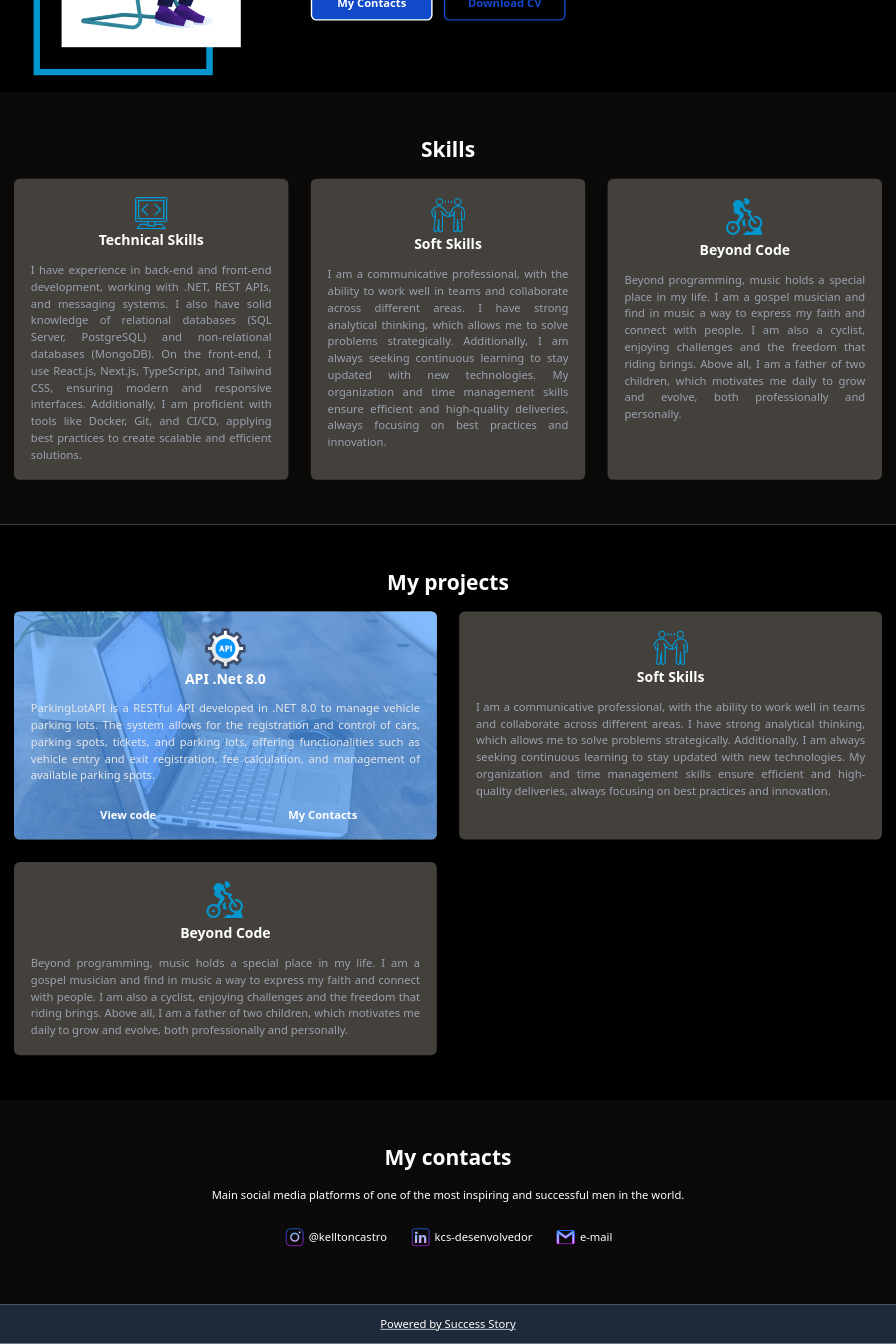
Repository: kcsdesenvolvedor/portfolio
Page: src/index.html
These files come from the project's save history. The page is drawn as it stood at one moment and after the next save; the edit follows.
The browser window is 1280 px wide. The pictures show the part of the page from y = 838 to 2758 px (the page is 2758 px tall), at 70% of full size.

Above is the page before, as saved 2025-03-04 21:59:23.
Console error: TypeError: Cannot read properties of null (reading 'textContent')

### src/index.html
<!DOCTYPE html>
<html lang="en">
<head>
    <meta charset="UTF-8">
    <meta name="viewport" content="width=device-width, initial-scale=1.0">
    <link rel="icon" href="./img/favicon.png" type="image/x-icon">
    <link href="./output.css" rel="stylesheet">
    <title>Mansour-Page</title>
    <style>
        .typing-container {
        font-family: 'Courier New', monospace;
        font-size: 24px;
        color: #333;
        white-space: nowrap;
        overflow: hidden;
        border-right: 2px solid black;
        display: inline-block;
        animation: blink-caret 0.7s step-end infinite;
        }

        #typing-text {
            height: 40px;
        }

        @keyframes blink-caret {
        from, to {
            border-color: transparent;
        }
        50% {
            border-color: black;
        }
        }


        @keyframes fadeIn {
            from {
                opacity: 0;
                transform: translateY(20px);
            }
            to {
                opacity: 1;
                transform: translateY(0);
            }
        }

        .fade-in {
            animation: fadeIn 1s ease-in-out;
        }
    </style>
</head>
<body class="bg-gray-100 font-sans">
    <header>
        <nav class="fixed top-0 z-50 w-full px-4 py-4 flex justify-between items-center bg-stone-950">
            <a class="text-3xl font-bold leading-none" href="#">
                <img class="w-16" src="./img/logo.png" alt="">
            </a>
            <div class="lg:hidden">
                <button class="navbar-burger flex items-center text-blue-600 p-3">
                    <svg class="block h-4 w-4 fill-current" viewBox="0 0 20 20" xmlns="http://www.w3.org/2000/svg">
                        <title>Mobile menu</title>
                        <path d="M0 3h20v2H0V3zm0 6h20v2H0V9zm0 6h20v2H0v-2z"></path>
                    </svg>
                </button>
            </div>
            <ul class="hidden absolute top-1/2 left-1/2 transform -translate-y-1/2 -translate-x-1/2 lg:mx-auto lg:flex lg:items-center lg:w-auto lg:space-x-20">
                <li><a class="text-sm text-blue-600/80 dark:text-sky-400/80 hover:text-white" href="#home">Home</a></li>
                <li><a class="text-sm text-blue-600/80 dark:text-sky-400/80 hover:text-white" href="#about">About Me</a></li>
                <li><a class="text-sm text-blue-600/80 dark:text-sky-400/80 hover:text-white" href="#achievements">Achievements</a></li>
                <li><a class="text-sm text-blue-600/80 dark:text-sky-400/80 hover:text-white" href="#contact">My Contacts</a></li>
            </ul>
        </nav>
        <div class="navbar-menu fixed top-0 z-50 w-full hidden">
            <div class="navbar-backdrop fixed inset-0 bg-gray-800 opacity-25"></div>
            <nav class="fixed top-0 left-0 bottom-0 flex flex-col w-5/6 max-w-sm py-6 px-6 bg-white border-r overflow-y-auto">
                <div class="flex items-center mb-8">
                    <a class="mr-auto text-3xl font-bold leading-none" href="#">
                        <img class="w-16" src="./img/logo.png" alt="">
                    </a>
                    <button class="navbar-close">
                        <svg class="h-6 w-6 text-gray-400 cursor-pointer hover:text-gray-500" xmlns="http://www.w3.org/2000/svg" fill="none" viewBox="0 0 24 24" stroke="currentColor">
                            <path stroke-linecap="round" stroke-linejoin="round" stroke-width="2" d="M6 18L18 6M6 6l12 12"></path>
                        </svg>
                    </button>
                </div>
                <div>
                    <ul>
                        <li class="mb-1">
                            <a class="navbar-itemMenu block p-4 text-sm font-semibold text-gray-400 hover:bg-blue-50 hover:text-blue-600 rounded" href="#home">Home</a>
                        </li>
                        <li class="mb-1">
                            <a class="navbar-itemMenu block p-4 text-sm font-semibold text-gray-400 hover:bg-blue-50 hover:text-blue-600 rounded" href="#about">About Me</a>
                        </li>
                        <li class="mb-1">
                            <a class="navbar-itemMenu block p-4 text-sm font-semibold text-gray-400 hover:bg-blue-50 hover:text-blue-600 rounded" href="#achievements">Achievements</a>
                        </li>
                        <li class="mb-1">
                            <a class="navbar-itemMenu block p-4 text-sm font-semibold text-gray-400 hover:bg-blue-50 hover:text-blue-600 rounded" href="#contact">My Contacts</a>
                        </li>
                        <li>
                            <div class="border-t-2">
                                <a class="navbar-itemMenu block p-4 text-sm font-semibold text-gray-400 hover:bg-blue-50 hover:text-blue-600 rounded" href="https://kcode2025.github.io/sucess-history" target="_blank">Success Story</a>
                            </div>
                        </li>
                    </ul>
                </div>
                <div class="mt-auto">

                    <a href="https://kcode2025.github.io/sucess-history" target="_blank">
                        <p class="my-4 text-xs text-center text-gray-400">
                            Powered by Success Story
                        </p>
                    </a>
                </div>
            </nav>
        </div>
    </header>


    <!-- Home Section -->
    <section id="home" class="flex flex-col-reverse lg:flex-row lg:justify-around justify-between bg-stone-950 text-white text-center pt-20 lg:pb-0 pb-5 px-10 fade-in">
        <!-- Div do texto -->
        <div class="self-center w-full flex items-center justify-center">
            <div class="flex flex-col lg:w-2/4"> <!-- Ajuste essa div para ocupar 100% da largura -->
                <p class="text-md text-left">
                    Hello!
                </p>
                <p class="text-3xl text-blue-600/80 dark:text-sky-400/80 text-left font-semibold">
                    I´m Kellton Castro
                </p>
                <p class="text-lg text-gray-400 text-left font-semibold mb-2">
                    Freelance developer & Web Designer
                </p>
                <p class="text-xs text-gray-400 text-left font-semibold mb-8">
                    Welcome to my portfolio! Here you will find some of the projects I have developed throughout my journey as a developer and freelancer.
                </p>
                <a href="#contact" class="bg-blue-600/80 dark:bg-sky-400/80 text-white font-bold w-2/4 py-3 px-6 border-2 rounded-lg shadow-lg hover:bg-black hover:text-blue-600/80 hover:dark:text-sky-400/80 hover:border-blue-600/80 hover:dark:border-sky-400/80 hover:border-2 transition delay-150 duration-300 ease-in-out">
                    My Contacts
                </a>
            </div>
        </div>

        <!-- Div da imagem -->
        <div class="flex justify-center lg:justify-end lg:w-2/4">
            <img class="min-w-2/4 object-contain" src="./img/perfil-portfolio2.png">
        </div>
    </section>

    <!-- Sobre -->
    <section id="about" class="flex flex-col lg:flex-row items-center justify-center space-y-10 lg:space-y-0 lg:space-x-20 py-16 bg-black border-r-gray-900 fade-in">
        <div class="relative flex justify-center">
            <!-- Moldura (posição de fundo) -->
            <img src="./img/moldura.png" class="w-3xs h-3xs absolute -left-5 top-5 lg:-left-10 lg:top-10" alt="moldura do perfil">

            <!-- Imagem de perfil (fica por cima) -->
            <img src="./img/perfil-portfolio1.png" class="w-3xs h-3xs relative z-10" alt="meu perfil">
        </div>
        <div class="px-5 w-full lg:w-3xl text-center lg:text-left">
            <h3 class="text-3xl text-white font-bold mb-2">About me</h3>
            <div class="w-20 h-0.5 bg-blue-600/80 dark:bg-sky-400/80 mb-3 mx-auto lg:mx-0"></div>
            <p class="text-gray-400 text-left w-full mb-8">
                I am a developer with 4 years of experience, working both in the corporate market and as a freelancer. Graduated in Systems Analysis and Development, I have experience in back-end and front-end development, contributing to the creation of efficient and scalable solutions. My approach involves continuous learning, always striving to keep up with new technologies and industry trends. I have a strong commitment to code quality, usability, and performance, ensuring that each delivered project adds value and innovation.
            </p>
            <div class="flex flex-col lg:flex-row w-full lg:w-2/4 gap-4">
                <a href="#contact" class="bg-blue-600/80 dark:bg-sky-400/80 text-center text-white font-bold w-full lg:w-2/4 py-3 px-6 border-2 rounded-lg shadow-lg hover:bg-black hover:text-blue-600/80 hover:dark:text-sky-400/80 hover:border-blue-600/80 hover:dark:border-sky-400/80 hover:border-2 transition delay-150 duration-300 ease-in-out">
                    My Contacts
                </a>
                <a href="#contact" class="bg-black text-center border-blue-600/80 dark:border-sky-400/80 text-blue-600/80 dark:text-sky-400/80 font-bold w-full lg:w-2/4 py-3 px-6 border-2 rounded-lg shadow-lg hover:text-white hover:border-white hover:border-2 transition delay-150 duration-300 ease-in-out">
                    Download CV
                </a>
            </div>
        </div>
    </section>



    <!-- Skills -->
    <section id="achievements" class="py-16 bg-stone-950 fade-in">
        <div class="container mx-auto text-center">
            <h3 class="text-3xl text-white font-bold mb-6">Skills</h3>
            <div class="px-5 grid grid-cols-1 md:grid-cols-3 gap-8">
                <div class="flex flex-col items-center bg-stone-700 p-6 rounded-lg shadow-lg transition delay-150 duration-300 transform hover:scale-105 hover:shadow-xl">
                    <img src="./img/hard-skills.png" alt="image hard skills">
                    <h4 class="text-xl text-white font-bold mb-4">Technical Skills</h4>
                    <p class="text-gray-400 text-justify">I have experience in back-end and front-end development, working with .NET, REST APIs, and messaging systems. I also have solid knowledge of relational databases (SQL Server, PostgreSQL) and non-relational databases (MongoDB). On the front-end, I use React.js, Next.js, TypeScript, and Tailwind CSS, ensuring modern and responsive interfaces. Additionally, I am proficient with tools like Docker, Git, and CI/CD, applying best practices to create scalable and efficient solutions.</p>
                </div>
                <div class="flex flex-col items-center bg-stone-700 p-6 rounded-lg shadow-lg transition delay-150 duration-300 transform hover:scale-105 hover:shadow-xl">
                    <img src="./img/soft-skills.png" class="h-14" alt="image soft skills">
                    <h4 class="text-xl text-white font-bold mb-4">Soft Skills</h4>
                    <p class="text-gray-400 text-justify">I am a communicative professional, with the ability to work well in teams and collaborate across different areas. I have strong analytical thinking, which allows me to solve problems strategically. Additionally, I am always seeking continuous learning to stay updated with new technologies. My organization and time management skills ensure efficient and high-quality deliveries, always focusing on best practices and innovation.</p>
                </div>
                <div class="flex flex-col items-center bg-stone-700 p-6 rounded-lg shadow-lg transition delay-150 duration-300 transform hover:scale-105 hover:shadow-xl">
                    <img src="./img/beyond-code.png" alt="imagem de beyond code">
                    <h4 class="text-xl text-white font-bold mb-4">Beyond Code</h4>
                    <p class="text-gray-400 text-justify">Beyond programming, music holds a special place in my life. I am a gospel musician and find in music a way to express my faith and connect with people. I am also a cyclist, enjoying challenges and the freedom that riding brings. Above all, I am a father of two children, which motivates me daily to grow and evolve, both professionally and personally.</p>
                </div>
            </div>
        </div>
    </section>

    <!-- Projetos -->
    <section id="achievements" class="py-16 bg-black fade-in">
        <div class="container mx-auto text-center">
            <h3 class="text-3xl text-white font-bold mb-6">My projects</h3>
            <div class="px-5 grid grid-cols-1 md:grid-cols-2 gap-8">
                <div class="relative bg-stone-700 p-6 rounded-lg shadow-lg
                bg-[url('./img/homeoffice.jpg')] bg-cover bg-center bg-opacity-20">
                    <div class="absolute inset-0 bg-blue-400/70 rounded-lg"></div>
                    <div class="relative z-10 flex flex-col items-center">
                        <img src="./img/api.png" alt="image api">
                        <h4 class="text-xl text-white font-bold mb-4">API .Net 8.0</h4>
                        <p class="text-gray-200 text-justify">ParkingLotAPI is a RESTful API developed in .NET 8.0 to manage vehicle parking lots. The system allows for the registration and control of cars, parking spots, tickets, and parking lots, offering functionalities such as vehicle entry and exit registration, fee calculation, and management of available parking spots.</p>
                        <div class="flex justify-between mt-8 w-full">
                            <a href="#contact" class=" text-white font-semibold w-full lg:w-2/4 px-6 hover:text-blue-600/80 hover:dark:text-sky-400/80 transition delay-150 duration-300 ease-in-out">
                                View code
                            </a>
                            <a href="#contact" class=" text-white font-semibold w-full lg:w-2/4 px-6 hover:text-blue-600/80 hover:dark:text-sky-400/80 transition delay-150 duration-300 ease-in-out">
                                My Contacts
                            </a>
                        </div>
                    </div>
                </div>
                <div class="flex flex-col items-center bg-stone-700 p-6 rounded-lg shadow-lg">
                    <img src="./img/soft-skills.png" class="h-14" alt="image soft skills">
                    <h4 class="text-xl text-white font-bold mb-4">Soft Skills</h4>
                    <p class="text-gray-400 text-justify">I am a communicative professional, with the ability to work well in teams and collaborate across different areas. I have strong analytical thinking, which allows me to solve problems strategically. Additionally, I am always seeking continuous learning to stay updated with new technologies. My organization and time management skills ensure efficient and high-quality deliveries, always focusing on best practices and innovation.</p>
                </div>
                <div class="flex flex-col items-center bg-stone-700 p-6 rounded-lg shadow-lg">
                    <img src="./img/beyond-code.png" alt="imagem de beyond code">
                    <h4 class="text-xl text-white font-bold mb-4">Beyond Code</h4>
                    <p class="text-gray-400 text-justify">Beyond programming, music holds a special place in my life. I am a gospel musician and find in music a way to express my faith and connect with people. I am also a cyclist, enjoying challenges and the freedom that riding brings. Above all, I am a father of two children, which motivates me daily to grow and evolve, both professionally and personally.</p>
                </div>
            </div>
        </div>
    </section>

    <!-- Contato -->
    <section id="contact" class="py-16 bg-stone-950 text-white text-center fade-in">
        <div class="container mx-auto px-2">
            <h3 class="text-3xl font-bold mb-6">My contacts</h3>
            <p class="mb-8">Main social media platforms of one of the most inspiring and successful men in the world.</p>
            <form class="max-w-lg mx-auto">
                <div class="flex flex-col justify-center lg:flex-row mb-4 gap-8">
                    <a href="https://www.cityfootballgroup.com/" target="_blank">
                        <div class="flex gap-1 items-center">
                            <img class="h-8 w-8" src="./img/instagram.png" alt="imagem do instagram">
                            <p class="text-1xl">@kelltoncastro</p>
                        </div>
                    </a>
                    <a href="https://x.com/HHmansour" target="_blank">
                        <div class="flex gap-1 items-center">
                            <img class="h-8 w-8" src="./img/linkedin.png" alt="imagem do linkedin">
                            <p class="text-1xl">kcs-desenvolvedor</p>
                        </div>
                    </a>
                    <a href="https://x.com/HHmansour" target="_blank">
                        <div class="flex gap-1 items-center">
                            <img class="h-8 w-8" src="./img/gmail.png" alt="imagem do gmail">
                            <p class="text-1xl">e-mail</p>
                        </div>
                    </a>
                </div>
            </form>
        </div>
    </section>

    <!-- Footer -->
    <footer class="bg-gray-800 text-white text-center py-4">
        <a class="cursor-pointer" href="https://kcode2025.github.io/sucess-history" target="_blank"><p class="underline">Powered by Success Story</p></a>
    </footer>

    <!-- Script -->
    <script>
        // Burger menus
        document.addEventListener('DOMContentLoaded', function() {
            // open
            const burger = document.querySelectorAll('.navbar-burger');
            const menu = document.querySelectorAll('.navbar-menu');

            if (burger.length && menu.length) {
                for (var i = 0; i < burger.length; i++) {
                    burger[i].addEventListener('click', function() {
                        for (var j = 0; j < menu.length; j++) {
                            menu[j].classList.toggle('hidden');
                        }
                    });
                }
            }

            // close
            const close = document.querySelectorAll('.navbar-close');
            const backdrop = document.querySelectorAll('.navbar-backdrop');
            const itemMenu = document.querySelectorAll('.navbar-itemMenu');

            if (close.length) {
                for (var i = 0; i < close.length; i++) {
                    close[i].addEventListener('click', function() {
                        for (var j = 0; j < menu.length; j++) {
                            menu[j].classList.toggle('hidden');
                        }
                    });
                }
            }

            if (backdrop.length) {
                for (var i = 0; i < backdrop.length; i++) {
                    backdrop[i].addEventListener('click', function() {
                        for (var j = 0; j < menu.length; j++) {
                            menu[j].classList.toggle('hidden');
                        }
                    });
                }
            }

            if (itemMenu.length) {
                for (var i = 0; i < itemMenu.length; i++) {
                    itemMenu[i].addEventListener('click', function() {
                        for (var j = 0; j < menu.length; j++) {
                            menu[j].classList.toggle('hidden');
                        }
                    });
                }
            }
        });

        // animação de digitação

        const texts = [
        "Visionary Leader",
        "Sports Enthusiast",
        "City Football Group Owner",
        "Innovative Investor",
        "Philanthropist",
        "Economic Pioneer",
        "Influential Figure",
        "Strategic Thinker",
        "Cultural Advocate",
        "Inspiring Icon"
        ];

        let currentTextIndex = 0;
        let charIndex = 0;
        const typingSpeed = 100; // Velocidade de digitação (ms por caractere)
        const erasingSpeed = 50; // Velocidade de apagar
        const delayBetweenTexts = 2000; // Tempo antes de trocar para o próximo texto

        const typingElement = document.getElementById("typing-text");

        function typeText() {
        if (charIndex < texts[currentTextIndex].length) {
            typingElement.textContent += texts[currentTextIndex].charAt(charIndex);
            charIndex++;
            setTimeout(typeText, typingSpeed);
        } else {
            setTimeout(eraseText, delayBetweenTexts);
        }
        }

        function eraseText() {
        if (charIndex > 0) {
            typingElement.textContent = texts[currentTextIndex].substring(0, charIndex - 1);
            charIndex--;
            setTimeout(eraseText, erasingSpeed);
        } else {
            currentTextIndex = (currentTextIndex + 1) % texts.length;
            setTimeout(typeText, typingSpeed);
        }
        }

        // Começar a animação
        document.addEventListener("DOMContentLoaded", () => {
        setTimeout(typeText, delayBetweenTexts);
        });

        </script>
</body>
</html>

Loaded but not shown: src/output.css (3548 lines, source omitted)

After the next save:
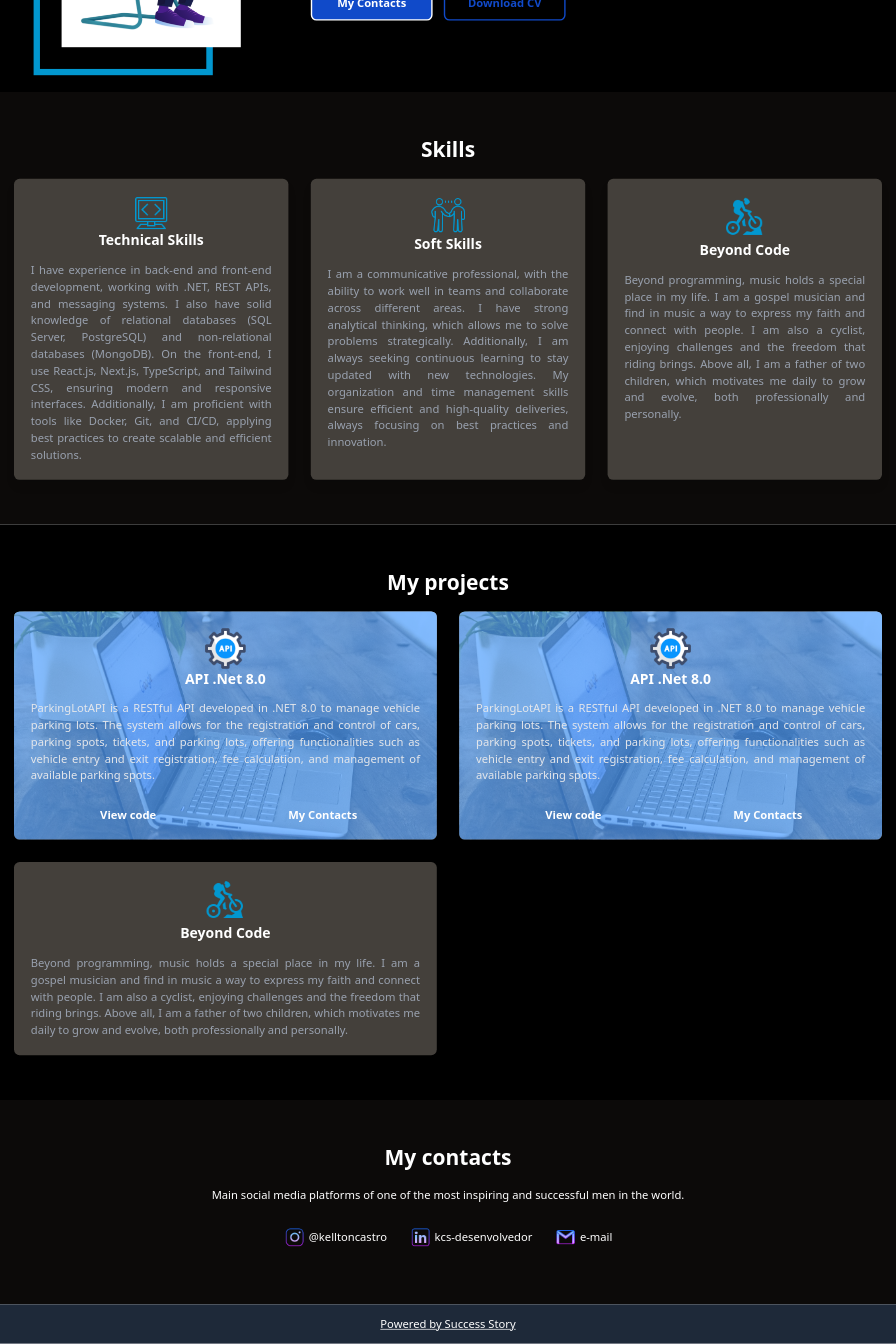
Saved 3 days later.
--- a/src/index.html
+++ b/src/index.html
@@ -219,10 +219,22 @@
                         </div>
                     </div>
                 </div>
-                <div class="flex flex-col items-center bg-stone-700 p-6 rounded-lg shadow-lg">
-                    <img src="./img/soft-skills.png" class="h-14" alt="image soft skills">
-                    <h4 class="text-xl text-white font-bold mb-4">Soft Skills</h4>
-                    <p class="text-gray-400 text-justify">I am a communicative professional, with the ability to work well in teams and collaborate across different areas. I have strong analytical thinking, which allows me to solve problems strategically. Additionally, I am always seeking continuous learning to stay updated with new technologies. My organization and time management skills ensure efficient and high-quality deliveries, always focusing on best practices and innovation.</p>
+                <div class="relative bg-stone-700 p-6 rounded-lg shadow-lg
+                bg-[url('./img/homeoffice.jpg')] bg-cover bg-center bg-opacity-20">
+                    <div class="absolute inset-0 bg-blue-400/70 rounded-lg"></div>
+                    <div class="relative z-10 flex flex-col items-center">
+                        <img src="./img/api.png" alt="image api">
+                        <h4 class="text-xl text-white font-bold mb-4">API .Net 8.0</h4>
+                        <p class="text-gray-200 text-justify">ParkingLotAPI is a RESTful API developed in .NET 8.0 to manage vehicle parking lots. The system allows for the registration and control of cars, parking spots, tickets, and parking lots, offering functionalities such as vehicle entry and exit registration, fee calculation, and management of available parking spots.</p>
+                        <div class="flex justify-between mt-8 w-full">
+                            <a href="#contact" class=" text-white font-semibold w-full lg:w-2/4 px-6 hover:text-blue-600/80 hover:dark:text-sky-400/80 transition delay-150 duration-300 ease-in-out">
+                                View code
+                            </a>
+                            <a href="#contact" class=" text-white font-semibold w-full lg:w-2/4 px-6 hover:text-blue-600/80 hover:dark:text-sky-400/80 transition delay-150 duration-300 ease-in-out">
+                                My Contacts
+                            </a>
+                        </div>
+                    </div>
                 </div>
                 <div class="flex flex-col items-center bg-stone-700 p-6 rounded-lg shadow-lg">
                     <img src="./img/beyond-code.png" alt="imagem de beyond code">
